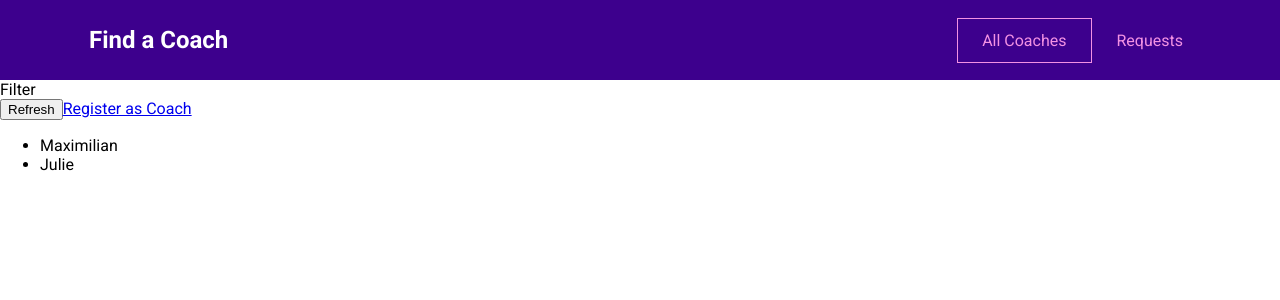
Repository: JesNatTer/coachfinder-app
Page: /
These files come from the project's save history. The page is drawn as it stood at one moment and after the next save; the edit follows.
The browser window is 1280 px wide. The pictures show the whole page.
The project was rebuilt for these pictures with package versions that can differ from the ones it lists, and the page was loaded fresh each time. Also part of the build but not shown: src/pages/coaches/CoachDetails.vue, src/pages/coaches/CoachRegister.vue, src/pages/requests/ContactCoach.vue, src/pages/requests/RequestsReceived.vue. Imported but missing from the stored project, and not drawn on this page: src/pages/NotFound.vue.

Above is the page before, as saved 2021-11-26 14:16:29.

### src/main.js
import { createApp } from 'vue';
import router from './router.js';
import App from './App.vue';
import store from './store/index.js'

const app = createApp(App);

app.use(router);
app.use(store)

app.mount('#app');

### src/router.js
import { createRouter, createWebHistory } from 'vue-router'
import CoachDetails from './pages/coaches/CoachDetails.vue'
import CoachesList from './pages/coaches/CoachesList.vue'
import CoachRegister from './pages/coaches/CoachRegister.vue'
import ContactCoach from './pages/requests/ContactCoach.vue'
import RequestsReceived from './pages/requests/RequestsReceived.vue'
import NotFound from './pages/NotFound.vue'

const router = createRouter({
    history: createWebHistory(),
    routes: [
        { path: '/', redirect: '/coaches'},
        { path: '/coaches', component: CoachesList },
        { path: '/coaches/:id', component: CoachDetails, children: [
            { path: 'contact', component: ContactCoach } ,
        ] },
        { path: '/register', component: CoachRegister },
        { path: '/requests', component: RequestsReceived },
        { path: '/:notFound(.*)', component: NotFound },
    ]
});

export default router

### src/App.vue
<template>
    <Header/>
    <router-view></router-view>
</template>

<script>
import Header from './components/layout/Header.vue'
export default {
    components: { Header }
}
</script>

<style>
    @import url("https://fonts.googleapis.com/css2?family=Roboto:wght@400;700&display=swap");

    * {
        box-sizing: border-box;
    }

    html {
        font-family: "Roboto", sans-serif;
    }

    body {
        margin: 0;
    }
</style>

### src/store/index.js
import { createStore } from 'vuex'

import coachesModule from './modules/coaches/index.js'

const store = createStore({
    modules: {
        coaches: coachesModule
    }
})

export default store

### src/pages/coaches/CoachesList.vue
<template>
    <section>Filter</section>
    <section>
        <div class="controls">
            <button>Refresh</button>
            <router-link to="/register">Register as Coach</router-link>
        </div>
        <ul>
            <li v-for="coach in filteredCoaches" :key="coach.id">
                {{ coach.firstName }}
            </li>
        </ul>
    </section>
</template>

<script>
export default {
    computed: {
        filteredCoaches() {
            return this.$store.getters['coaches/coaches']
        }
    }
}
</script>

<style>

</style>

### src/components/layout/Header.vue
<template>
  <header>
      <nav>
            <h1><router-link to="/">Find a Coach</router-link></h1>
            <ul>
              <li>
                <router-link to="/coaches">All Coaches</router-link>
                <router-link to="/requests">Requests</router-link>
              </li>
            </ul>
      </nav>
  </header>
</template>

<script>
export default {

}
</script>

<style scoped>
    header {
  width: 100%;
  height: 5rem;
  background-color: #3d008d;
  display: flex;
  justify-content: center;
  align-items: center;
}

header a {
  text-decoration: none;
  color: #f391e3;
  display: inline-block;
  padding: 0.75rem 1.5rem;
  border: 1px solid transparent;
}

a:active,
a:hover,
a.router-link-active {
  border: 1px solid #f391e3;
}

h1 {
  margin: 0;
}

h1 a {
  color: white;
  margin: 0;
}

h1 a:hover,
h1 a:active,
h1 a.router-link-active {
  border-color: transparent;
}

header nav {
  width: 90%;
  margin: auto;
  display: flex;
  justify-content: space-between;
  align-items: center;
}

header ul {
  list-style: none;
  margin: 0;
  padding: 0;
  display: flex;
  justify-content: center;
  align-items: center;
}

li {
  margin: 0 0.5rem;
}
</style>

### src/store/modules/coaches/index.js
import mutations from './mutations.js'
import actions from './actions.js'
import getters from './getters.js'

export default {
    namespaced:true,
    state() {
        return {
            coaches: [
                {
                  id: 'c1',
                  firstName: 'Maximilian',
                  lastName: 'SchwarzmÃ¼ller',
                  areas: ['frontend', 'backend', 'career'],
                  description:
                    "I'm Maximilian and I've worked as a freelance web developer for years. Let me help you become a developer as well!",
                  hourlyRate: 30
                },
                {
                  id: 'c2',
                  firstName: 'Julie',
                  lastName: 'Jones',
                  areas: ['frontend', 'career'],
                  description:
                    'I am Julie and as a senior developer in a big tech company, I can help you get your first job or progress in your current role.',
                  hourlyRate: 30
                }
              ]
        }
    },
    mutations,
    actions,
    getters,
}

### src/store/modules/coaches/getters.js
export default {
    coaches(state) {
        return state.coaches
    },
    hasCoaches(state) {
        return state.coaches && state.coaches.length > 0
    }
};

Loaded but not shown: public/index.html (common file); src/store/modules/coaches/mutations.js (common file); src/store/modules/coaches/actions.js (common file)

After the next save:
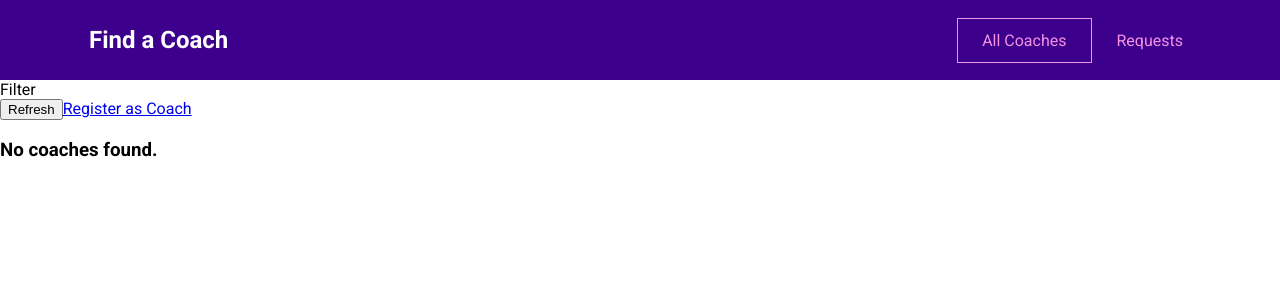
Saved 46 s later.
--- a/src/pages/coaches/CoachesList.vue
+++ b/src/pages/coaches/CoachesList.vue
@@ -5,11 +5,12 @@
             <button>Refresh</button>
             <router-link to="/register">Register as Coach</router-link>
         </div>
-        <ul>
+        <ul v-if="hasCoaches">
             <li v-for="coach in filteredCoaches" :key="coach.id">
                 {{ coach.firstName }}
             </li>
         </ul>
+        <h3 v-else>No coaches found.</h3>
     </section>
 </template>
 

After the save that followed:
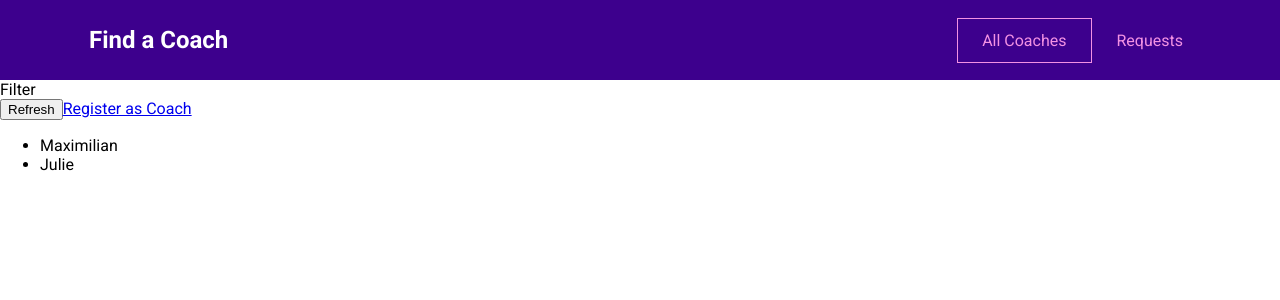
Saved 35 s later.
--- a/src/pages/coaches/CoachesList.vue
+++ b/src/pages/coaches/CoachesList.vue
@@ -19,6 +19,9 @@
     computed: {
         filteredCoaches() {
             return this.$store.getters['coaches/coaches']
+        },
+        hasCoaches() {
+            return this.$store.getters['coaches/hasCoaches']
         }
     }
 }
